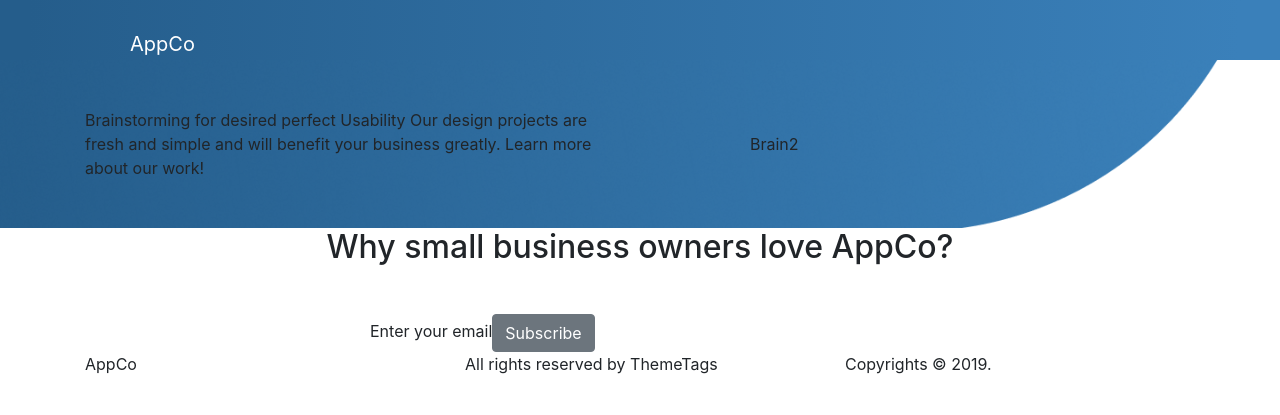
Repository: andbilous/user-statistics-app
Page: /
An editor plug-in stored every save of this project. The page is shown before and after a run of saves, followed by the edit.
The browser window is 1280 px wide. The pictures show the whole page.
The project was rebuilt for these pictures with package versions that can differ from the ones it lists, and the page was loaded fresh each time. Also part of the build but not shown: src/components/reasons/reasons.scss.

Above is the page before, as saved 2020-06-19 14:58:17.

After the next 3 saves:
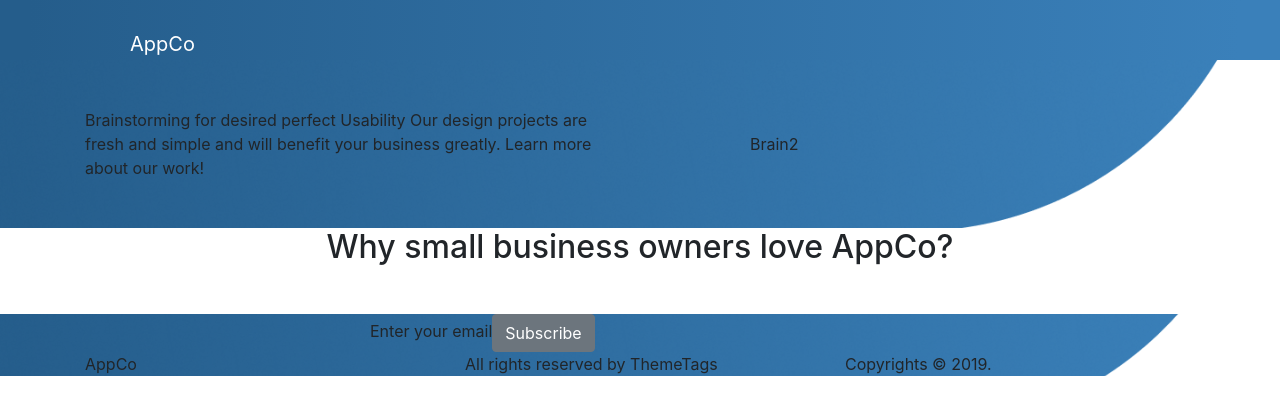
The 3 saves are shown as one change because they came seconds apart.
The last was saved 10 s later.
--- a/src/components/footer/index.js
+++ b/src/components/footer/index.js
@@ -5,7 +5,7 @@ import'./footer.scss';
 
 const Footer = () => {
     return (
-      <footer>
+      <footer className='footer'>
         <Container>
           <Row className='justify-content-center'>
             <Col md='6'>
